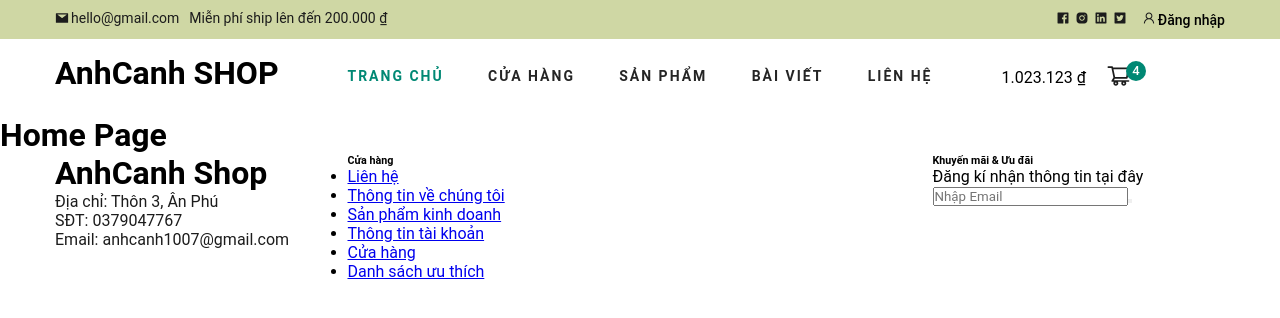
Repository: anhcanh1007/show_product
Page: /
The author's editor kept a copy of each file at every save. The page is drawn from the files as they stood at one save, then again after the next save.
The browser window is 1280 px wide. The pictures show the whole page.
The project was rebuilt for these pictures with package versions that can differ from the ones it lists, and the page was loaded fresh each time. Imported but missing from the stored project, and not drawn on this page: src/pages/user/profilePage.

Above is the page before, as saved 2024-01-26 14:55:41.

### src/index.js
import React from "react";
import ReactDOM from "react-dom/client";
import { BrowserRouter } from "react-router-dom";
import RouterCustom from "./router";
import "./style/style.scss";

const root = ReactDOM.createRoot(document.getElementById("root"));
root.render(
  <BrowserRouter>
    <RouterCustom />
  </BrowserRouter>
);

// If you want to start measuring performance in your app, pass a function
// to log results (for example: reportWebVitals(console.log))
// or send to an analytics endpoint. Learn more: https://bit.ly/CRA-vitals

### src/router.js
import { ROUTERS } from "./utils/router";
import HomePage from "./pages/user/homePage";
import ProfilePage from "./pages/user/profilePage";
import { Route, Routes } from "react-router-dom";
import MasterLayout from "./pages/user/theme/masterLayout";

const renderUserRouter = () => {
  const userRouters = [
    {
      path: ROUTERS.USER.HOME,
      component: <HomePage />,
    },
    {
      path: ROUTERS.USER.PROFILE,
      component: <ProfilePage />,
    },
  ];

  return (
    <MasterLayout>
      <Routes>
        {userRouters.map((item, key) => (
          <Route key={key} path={item.path} element={item.component} />
        ))}
      </Routes>
    </MasterLayout>
  );
};

const RouterCustom = () => {
  return renderUserRouter();
};

export default RouterCustom;

### src/style/style.scss
@import './pages/all';
@import './pages/responsive';

### src/utils/router.js
export const ROUTERS = {
  USER: {
    HOME: "",
    PROFILE: "thong-tin-ca-nhan",
  },
};

### src/pages/user/homePage/index.js
import { memo } from "react";

const HomePage = () => {
  return <h1>Home Page</h1>;
};

export default memo(HomePage);

### src/pages/user/theme/masterLayout/index.js
import { memo } from "react";
import Header from "../header";
import Footer from "../footer";

const MasterLayout = ({ children, ...props }) => {
  return (
    <div {...props}>
      <Header />
      {children}
      <Footer />
    </div>
  );
};

export default memo(MasterLayout);

### src/style/pages/_all.scss
@use "sass:map";
@import './theme';
@import './responsive';

html, body {
    margin: 0;
}

* {
    font-family: Roboto;
    padding: 0;
    margin: 0;
}

.container {
    max-width: 1170px;
    width: 100%;
    padding-left: 15px;
    padding-right: 15px;
    // background: map.get($theme-colors, "main");
    margin: auto;
}

.row {
    display: flex;
    flex-wrap: wrap;
}

.col-6 {
    flex: 0 0 50%;
    max-width: 50%;
}

.col-lg-3 {
    flex: 0 0 25%;
    max-width: 25%;
}

.col-lg-6 {
    flex: 0 0 50%;
    max-width: 50%;
}

@include Responsive($DESTOP) {
    .col-xl-3 {
        flex: 0 0 25%;
        max-width: 25%;
    }
    .col-xl-6 {
        flex: 0 0 50%;
        max-width: 50%;
    }
}

@include Responsive($MEDIUM_DEVICE) {
    .col-lg-3 {
        flex: 0 0 25%;
        max-width: 25%;
        background: red;
    }
}

### src/style/pages/_theme.scss
$theme-colors : (
    "main" : #008874,
    "normal_text": #1c1c1c,
    "bold_text": #252525,
)

### src/style/pages/_responsive.scss
$DESTOP: "DESTOP";
$MEDIUM_DEVICE: "MEDIUM_DEVICE";
$TABLE_DEVICE: "TABLE_DEVICE";
$WIDE_MOBILE: "WIDE_MOBILE";
$SMALL_DEVICES: "SMALL_DEVICES";

@mixin Responsive($canvas) {
    @if $canvas == $DESTOP {
        @media only screen and (min-width: 1200px){
            @content;
        }
    } @else if $canvas == $MEDIUM_DEVICE {
        @media only screen and (min-width: 992px) and (max-width: 1199px){
            @content;
        }
    } @else if $canvas == $TABLE_DEVICE {
        @media only screen and (min-width: 768px) and (max-width: 991px){
            @content;
        }
    } @else if $canvas == $WIDE_MOBILE {
        @media only screen and (max-width: 767px){
            @content;
        }
    } @else if $canvas == $MEDIUM_DEVICE {
        @media only screen and (max-width: 575px){
            @content;
        }
    }
}

### src/pages/user/theme/header/index.js
import { memo, useState } from "react";
import {
  AiFillFacebook,
  AiFillInstagram,
  AiFillLinkedin,
  AiFillMail,
  AiFillTwitterSquare,
  AiOutlineShoppingCart,
  AiOutlineUser,
} from "react-icons/ai";
import "./style.scss";
import { Link } from "react-router-dom";
import { formater } from "utils/formater";
import { ROUTERS } from "utils/router";

const Header = () => {
  const [menus, setMenus] = useState([
    {
      name: "Trang chủ",
      path: ROUTERS.USER.HOME,
    },
    {
      name: "Cửa hàng",
      path: ROUTERS.USER.HOME,
    },
    {
      name: "Sản phẩm",
      path: "",
      isShowSubmenu: false,
      child: [
        {
          name: "Thịt",
          path: "",
        },
        {
          name: "Rau củ",
          path: "",
        },
        {
          name: "Thức ăn nhanh",
          path: "",
        },
      ],
    },
    {
      name: "Bài viết",
      path: ROUTERS.USER.HOME,
    },
    {
      name: "Liên hệ",
      path: ROUTERS.USER.HOME,
    },
  ]);
  return (
    <>
      <div className="header__top">
        <div className="container">
          <div className="row">
            <div className="col-6 header__top_left">
              <ul>
                <li>
                  <AiFillMail />
                  <span>hello@gmail.com</span>
                </li>
                <li>Miễn phí ship lên đến {formater(200000)}</li>
              </ul>
            </div>
            <div className="col-6 header__top_right">
              <ul>
                <li>
                  <Link to={""}>
                    <AiFillFacebook />
                  </Link>
                </li>
                <li>
                  <Link to={""}>
                    <AiFillInstagram />
                  </Link>
                </li>
                <li>
                  <Link to={""}>
                    <AiFillLinkedin />
                  </Link>
                </li>
                <li>
                  <Link to={""}>
                    <AiFillTwitterSquare />
                  </Link>
                </li>
                <li>
                  <Link to={""}>
                    <AiOutlineUser />
                  </Link>
                  <span>Đăng nhập</span>
                </li>
              </ul>
            </div>
          </div>
        </div>
      </div>
      <div className="container">
        <div className="row">
          <div className="col-xl-3">
            <div className="header__logo">
              <h1>AnhCanh SHOP</h1>
            </div>
          </div>
          <div className="col-xl-6">
            <nav className="header__menu">
              <ul>
                {menus?.map((menu, menuKey) => (
                  <li key={menuKey} className={menuKey === 0 ? "active" : ""}>
                    <Link to={menu.path}>{menu.name}</Link>
                    {menu.child && (
                      <ul className="header__menu_dropdown">
                        {menu.child.map((childItem, childKey) => (
                          <li key={`${menuKey}-${childKey}`}>
                            <Link to={childItem.path}>{childItem.name}</Link>
                          </li>
                        ))}
                      </ul>
                    )}
                  </li>
                ))}
              </ul>
            </nav>
          </div>
          <div className="col-xl-3">
            <div className="header__cart">
              <div className="header__cart_price">
                <span>{formater(1023123)}</span>
              </div>
              <ul>
                <li>
                  <Link to="#">
                    <AiOutlineShoppingCart /> <span>4</span>
                  </Link>
                </li>
              </ul>
            </div>
          </div>
        </div>
      </div>
    </>
  );
};

export default memo(Header);

### src/pages/user/theme/footer/index.js
import { memo } from "react";
import "./style.scss";
import { Link } from "react-router-dom";

const Footer = () => {
  return (
    <>
      <footer className="footer">
        <div className="container">
          <div className="row">
            <div className="col-lg-3">
              <div className="footer__about">
                <h1 className="footer__about_logo">AnhCanh Shop</h1>
                <ul>
                  <li>Địa chỉ: Thôn 3, Ân Phú</li>
                  <li>SĐT: 0379047767</li>
                  <li>Email: anhcanh1007@gmail.com</li>
                </ul>
              </div>
            </div>
            <div className="col-lg-6">
              <div className="footer__widget">
                <h6>Cửa hàng</h6>
                <ul>
                  <li>
                    <Link to="">Liên hệ</Link>
                  </li>
                  <li>
                    <Link to="">Thông tin về chúng tôi</Link>
                  </li>
                  <li>
                    <Link to="">Sản phẩm kinh doanh</Link>
                  </li>
                </ul>
                <ul>
                  <li>
                    <Link to="">Thông tin tài khoản</Link>
                  </li>
                  <li>
                    <Link to="">Cửa hàng</Link>
                  </li>
                  <li>
                    <Link to="">Danh sách ưu thích</Link>
                  </li>
                </ul>
              </div>
            </div>
            <div className="col-lg-3">
              <div className="footer__widget">
                <h6>Khuyến mãi & Ưu đãi</h6>
                <p>Đăng kí nhận thông tin tại đây</p>
                <form action="#">
                  <div>
                    <input type="text" placeholder="Nhập Email"/>
                    <button type="submit" className="submit-button">

                    </button>
                  </div>
                </form>
              </div>
            </div>
          </div>
        </div>
      </footer>
    </>
  );
};

export default memo(Footer);

### src/pages/user/theme/header/style.scss
@use "sass:map";
@import 'style/pages/_theme.scss';
.header__top{
    background-color: #CFD7A4;
}

.header__top_left {
    padding: 10px 0 10px;
    ul {
        display: flex;
        align-items: center;
        column-gap: 10px;
        list-style: none;

        li{
            font-size: 14px;
            color: map.get($theme-colors, "normal_text");
            display: flex;
            align-items: center;
            column-gap: 2px;
        }
    }
}

.header__top_right {
    display: flex;
    justify-content: flex-end;
    padding: 10px 0 10px;
    align-items: center;

    ul {
        display: flex;
        column-gap: 5px;
        list-style: none;

        li:last-child{
            margin-left: 10px;

            span {
                font-size: 14px;
                margin-left: 2px;
                font-weight: 500;
            }
        }

        a {
            font-size: 14px;
            display: inline-block;
            color: map.get($theme-colors, "normal_text");
        }
    }
}

.header__logo {
    padding: 15px 0;
}

.header__menu {
    padding: 24px 0;

    ul {
        display: flex;
        justify-content: space-between;

        li {
            list-style: none;

            a {
                text-decoration: none;
                font-size: 14px;
                color: map.get($theme-colors, 'bold_text');
                font-weight: bold;
                text-transform: uppercase;
                letter-spacing: 2px;
                transition: all 0.3s;
                padding: 5px 0;
                display: block;
            }
        }

        li:hover .header__menu_dropdown {
            opacity: 1;
            visibility: visible;
        }

        .active a{
            color: map.get($theme-colors, 'main');
        }

        .header__menu_dropdown {
            background-color: #222222;
            display: block;
            position: absolute;
            width: 180px;
            z-index: 9;
            padding: 5px 0;
            transition: all, 0.3s;
            opacity: 0;
            visibility: hidden;

            a{
                text-transform: capitalize;
                color: #ffffff;
                font-weight: 400;
                padding: 5px 15px;
            }

            :hover {
                color: map.get($theme-colors, 'main');
            }
        }
    }
}

.header__cart {
    display: flex;
    justify-content: center;
    align-items: center;
    padding: 24px 0;

    ul {
        display: flex;
        margin-right: 25px;

        li {
            list-style: none;
            position: relative;
            margin-left: 20px;

            svg {
                font-size: 25px;
                color: map.get($theme-colors, "normal_text");
            }

            span {
                color: white;
                background-color: map.get($theme-colors, "main");
                position: absolute;
                height: 20px;
                width: 20px;
                border-radius: 40px;
                display: inline-block;
                text-align: center;
                line-height: 20px;
                font-size: 13px;
                font-weight: 500;
                left: 20px;
                top: -2px;
            }
        }
    }

}

### src/utils/formater.js
export const formater = (number) => {
  return new Intl.NumberFormat("vi-VN", {
    style: "currency",
    currency: "VND",
  }).format(number);
};

### src/pages/user/theme/footer/style.scss
@use "sass:map";
@import 'style/pages/_theme.scss';

.footer {
    .footer__about {


        .footer__about_logo {

        }

        ul {

            li {
                list-style: none;
                color: map.get($theme-colors, 'normal_text');
            }
        }
    }
}

Loaded but not shown: public/index.html (common file)

After the next save:
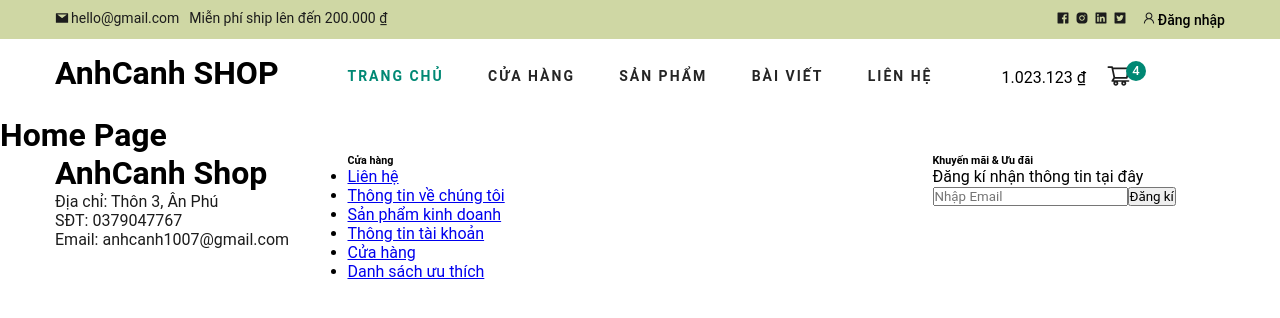
Saved 4 s later.
--- a/src/pages/user/theme/footer/index.js
+++ b/src/pages/user/theme/footer/index.js
@@ -53,7 +53,7 @@ const Footer = () => {
                   <div>
                     <input type="text" placeholder="Nhập Email"/>
                     <button type="submit" className="submit-button">
-
+                      Đăng kí
                     </button>
                   </div>
                 </form>
